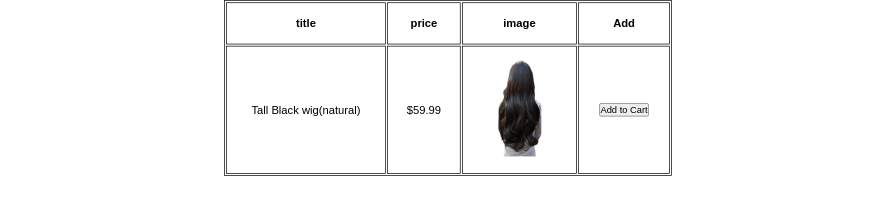
Repository: Zzero202/Zzero202
Page: index.html
The author's editor kept a copy of each file at every save. The page is drawn from the files as they stood at one save, then again after the next save.
The browser window is 1280 px wide. The pictures show the part of the page from y = 2929 to 4849 px (the page is 3230 px tall before and 4890 px after), at 70% of full size.
A picture or video elsewhere on the page could not be fetched, so the positions and the page height are approximate.

Above is the page before, as saved 2021-12-09 01:47:44.

### index.html
<!DOCTYPE html>

<html>

<head>
	<title>Toupee Shop</title>

	<style>
		* {
			margin: 0;
			padding: 0;
		}

		.navbar {
			display: flex;
			align-items: center;
			justify-content: center;
			position: sticky;
			top: 0;
			cursor: pointer;
		}
    footer{
      display: flex;
			align-items: center;
			justify-content: center;
			position: sticky;
			bottom: 0;
			cursor: pointer;
      width: 100%;
    }

		.background {
			background: black;
			background-blend-mode: darken;
			background-size: cover;
		}

		.nav-list {
			width: 70%;
			display: flex;
			align-items: center;
		}

		.logo {
			display: flex;
			justify-content: center;
			align-items: center;
		}

		.logo img {
			width: 180px;
			border-radius: 50px;
		}

		.nav-list li {
			list-style: none;
			padding: 26px 30px;
		}

		.nav-list li a {
			text-decoration: none;
			color: white;
		}

		.nav-list li a:hover {
			color: grey;
		}

		.rightnav {
			width: 30%;
			text-align: right;
		}

		#search {
			padding: 5px;
			font-size: 17px;
			border: 2px solid grey;
			border-radius: 9px;
		}

		.firstsection {
			background-color: green;
			height: 400px;
		}

		.secondsection {
			background-color: blue;
			height: 400px;
		}

		.box-main {
			display: flex;
			justify-content: center;
			align-items: center;
			color: black;
			max-width: 80%;
			margin: auto;
			height: 80%;
		}

		.firsthalf {
			width: 100%;
			display: flex;
			flex-direction: column;
			justify-content: center;
		}

		.secondhalf {
			width: 30%;
		}

		.secondhalf img {
			width: 70%;
			border: 4px solid white;
			border-radius: 150px;
			display: block;
			margin: auto;
		}

		.text-big {
			font-family: 'Piazzolla', serif;
			font-weight: bold;
			font-size: 35px;
		}

		.text-small {
			font-size: 18px;
		}

		.btn {
			padding: 8px 20px;
			margin: 7px 0;
			border: 2px solid white;
			border-radius: 8px;
			background: none;
			color: white;
			cursor: pointer;
		}

		.btn-sm {
			padding: 6px 10px;
			vertical-align: middle;
		}

		.section {
			height: 400px;
			display: flex;
			align-items: center;
			justify-content: center;
			max-width: 90%;
			margin: auto;
		}

		.section-Left {
			flex-direction: row-reverse;
		}

		.paras {
			padding: 0px 65px;
		}

		.thumbnail img {
			width: 250px;
			border: 2px solid black;
			border-radius: 26px;
			margin-top: 19px;
		}

		.center {
			text-align: center;

text-align: center;
		}


		.text-footer {
			text-align: center;
			padding: 30px 0;
			font-family: 'Ubuntu', sans-serif;
			display: flex;
			justify-content: center;
			color: white;
		}
    .card {
  box-shadow: 0 4px 8px 0 rgba(0, 0, 0, 0.2);
  max-width: 350px;
  margin: 15px;

  text-align: center;
  font-family: arial;
  display: inline-block;
}
.card img{
  width: 350px !important;
  height: 400px !important;
}
.price {
  color: grey;
  font-size: 22px;
}

.card button {
  border: none;
  outline: 0;
  padding: 12px;
  color: white;
  background-color: #000;
  text-align: center;
  cursor: pointer;
  width: 100%;
  font-size: 18px;
}

.card button:hover {
  opacity: 0.7;
}


* {
  margin: 0;
  padding: 0;
  box-sizing: border-box;
  font-family: "Nunito", sans-serif;
}

h1 {
  font-size: 16px;
  margin: 5px;
}
.container {
  width: 100%;
  height: 92vh;
  display: flex;
  justify-content: space-evenly;
  align-items: center;
  background-color: #f9fafc;
}

/*
Payment Information card
*/
.details_card {
  width: 700px;
  height: 400px;
  box-shadow: 0 0 5px 0 rgba(0, 0, 0, 0.2);
  border-radius: 8px;
  padding: 10px;
  background-color: #fff;
}

/*
Order Summary Card
*/
.summary_card {
  background-color: #fff;
  width: 350px;
  height: 400px;
  box-shadow: 0 0 5px 0 rgba(0, 0, 0, 0.2);
  border-radius: 8px;
  padding: 10px;
}

/*
Order Card Item Card
*/
.card_item {
  display: flex;
  position: relative;
  margin: 10px 0;
}
.close-btn {
  position: absolute;
  right: 10px;
  top: 5px;
}

.card_item .product_img img {
  height: 80px;
  margin-right: 20px;
  width: 70px;
  border-radius: 5px;
}

.product_info h1 {
  font-size: 20px;
  color: #1e212d;
  margin: 5px 0;
}

.product_info p {
  color: #a1a1a1;
  font-size: 14px;
}
.product_rate_info {
  display: flex;
  margin: 5px 0;
  align-items: center;
  justify-content: space-between;
}

/*
cart item + & -
*/
.pqt {
  font-size: 20px;
  line-height: 30px;
  width: 30px;
  text-align: center;
}

.pqt-plus,
.pqt-minus {
  background: #fcfcfc;
  border: none;
  font-size: 20px;
  height: 100%;
  padding: 0 15px;
}
.pqt-plus:hover,
.pqt-minus:hover {
  background: #53b5aa;
  color: #fff;
  cursor: pointer;
}

.pqt-plus {
  line-height: 30px;
}

.pqt-minus {
  line-height: 30px;
}
/*
Order price & total
*/
.order_price,
.order_service,
.order_total {
  display: flex;

  justify-content: space-between;
  padding: 10px;
}
.order_price p,
.order_service p {
  color: #a1a1a1;
}

.order_total p {
  font-weight: 600;
}

/*
Payment Information all input
*/

.payment_details input {
  outline: 0;
  background: #f2f2f2;
  border-radius: 4px;
  width: 100%;
  border: 0;
  caret-color: #4f5d7e;
  margin: 10px 15px;
  padding: 15px 20px;
  box-sizing: border-box;
  font-size: 14px;
}

.first_lastName,
.shipping_card,
.address {
  display: flex;
  justify-content: space-between;
  margin: 10px 0;
}

.new_card {
  width: 100%;
  height: 100px;
  border: 2px solid #53b5aa;
  padding: 10px;
  margin: 10px;
  border-radius: 10px;
}

.add_savedcard {
  width: 100%;
  height: 100px;
  border: 2px solid #a1a1a1;
  padding: 10px;
  margin: 10px;
  border-radius: 10px;
}
/*
Procced Payment button
*/
.proced_payment a {
  padding: 10px 20px;
  width: 200px;
  border: 2px solid #f5f5f5;
  background-color: #53b5aa;
  color: #000;
  margin-left: 10px;
  cursor: pointer;
  text-decoration: none;
}

footer {
  background-color: #000;
  color: #fff;
  height: 50px;
  text-align: center;
}
footer a {
  text-decoration: none;
  color: #fff;
}
	</style>
</head>

<body>
	<nav class="navbar background">
		<ul class="nav-list">
			<div class="logo">
				<img src= "logo.png">
			</div>
			<li><a href="#shop">Wigs Shop</a></li>

		</ul>

		<div class="rightNav">
			<input type="text" name="search" id="search">
			<button class="btn btn-sm">Search</button>
		</div>
	</nav>


<div class="products center">
  <div class="card">
    <img src="img/1.jpg"   style="width:100%">
    <h1>Tall Black wig(natural)</h1>
    <p class="price">$59.99</p>

    <p><button>Add to Cart</button></p>
  </div>
  <div class="card">
    <img src="img/2.jpg">
    <h1>Red Short wig (natural)</h1>
    <p class="price">$77</p>

    <p><button>Add to Cart</button></p>
  </div>
  <div class="card">
    <img src="img/3.jpg"   style="width:100%">
    <h1>Curly Tall wig</h1>
    <p class="price">$33</p>

    <p><button>Add to Cart</button></p>
  </div>
  <div class="card">
    <img src="img/4.jpg"   style="width:100%">
    <h1>Silk Tall wig</h1>
    <p class="price">$87.99</p>

    <p><button>Add to Cart</button></p>
  </div>
  <div class="card">
    <img src="img/5.jpg"   style="width:100%">
    <h1>Fire Red wig</h1>
    <p class="price">$199.99</p>

    <p><button>Add to Cart</button></p>
  </div>
  <div class="card">
    <img src="img/6.jpg"   style="width:100%">
    <h1>Golden wig(natural)</h1>
    <p class="price">$19.99</p>

    <p><button>Add to Cart</button></p>
  </div>
  <div class="card">
    <img src=" img/7.jpg"   style="width:100%">
    <h1>Curly Short Brown wig</h1>
    <p class="price">$100.99</p>

    <p><button>Add to Cart</button></p>
  </div>
  <div class="card">
    <img src=" img/8.jpg"   style="width:100%">
    <h1>natural  black wig </h1>
    <p class="price">$66.99</p>

    <p><button>Add to Cart</button></p>
  </div>
  <div class="card">
    <img src=" img/9.jpg"   style="width:100%">
    <h1>black wig </h1>
    <p class="price">$55.99</p>

    <p><button>Add to Cart</button></p>
  </div>
  <div class="card">
    <img src=" img/10.jpg"   style="width:100%">
    <h1>golden wig</h1>
    <p class="price">$44.99</p>

    <p><button>Add to Cart</button></p>
  </div>
  <div class="card">
    <img src=" img/11.jpg"   style="width:100%">
    <h1>black natural wig</h1>
    <p class="price">$15.99</p>

    <p><button>Add to Cart</button></p>
  </div>
  <div class="card">
    <img src=" img/12.jpg"   style="width:100%">
    <h1>red wig </h1>
    <p class="price">$33.99</p>

    <p><button>Add to Cart</button></p>

</div>



<div class="container">
  <div class="payment_details">
    <h1>Payment Information</h1>
    <div class="details_card">
      <div class="name_address">
        <div class="first_lastName">
          <input type="text" placeholder="First Name" />
          <input type="text" placeholder="Last Name" />
        </div>
        <div class="address">
          <input type="text" onkeyup="change()" id="put" placeholder="Address" />
          <input type="number" placeholder="Pincode" />
          <input type="text" placeholder="Country" />
        </div>
      </div>
      <h1>Shipping Details</h1>
      <div class="shipping_card">
        <div class="new_card">
          <h4>Same as personal</h4>
          <p id="output">Bharat House Bombay Samachar Road</p>
          <p>400001</p>
        </div>
        <div class="add_savedcard">
          <h4>Saved Address</h4>
          <p>Lokhandwala Complex, Andheri (west)</p>
          <p>400053</p>
        </div>
      </div>
      <div class="proced_payment">
        <a href="">Procced to payment</a>
      </div>
    </div>
  </div>
  <div class="order_summary">
    <h1>Order Summary</h1>
    <div class="summary_card">
      <div class="card_item">
        <div class="product_img">
          <img src=https://images.unsplash.com/photo-1525966222134-fcfa99b8ae77?ixid=MXwxMjA3fDB8MHxwaG90by1wYWdlfHx8fGVufDB8fHw%3D&ixlib=rb-1.2.1&auto=format&fit=crop&w=643&q=80" alt="" />
        </div>
        <div class="product_info">
          <h1>Nike Shoes</h1>
          <p>Lorem Ipsum is simply dummy text.</p>
          <div class="close-btn">
            <i class="fa fa-close"></i>
          </div>
          <div class="product_rate_info">
            <h1>$ 200</h1>
            <span class="pqt-minus">-</span>
            <span class="pqt">1</span>
            <span class="pqt-plus">+</span>
          </div>
        </div>
      </div>
      <div class="card_item">
        <div class="product_img">
          <img src="https://images.unsplash.com/photo-1543512214-318c7553f230?ixid=MXwxMjA3fDB8MHxwaG90by1wYWdlfHx8fGVufDB8fHw%3D&ixlib=rb-1.2.1&auto=format&fit=crop&w=634&q=80" alt="" />
        </div>
        <div class="product_info">
          <h1>Amazon Prime</h1>
          <p>Lorem Ipsum is simply dummy text.</p>
          <div class="close-btn">
            <i class="fa fa-close"></i>
          </div>
          <div class="product_rate_info">
            <h1>$ 160</h1>
            <span class="pqt-minus">-</span>
            <span class="pqt">1</span>
            <span class="pqt-plus">+</span>
          </div>
        </div>
      </div>
      <hr />
      <div class="order_price">
        <p>Order summary</p>
        <h4>$400</h4>
      </div>
      <div class="order_service">
        <p>Additional Service</p>
        <h4>$10</h4>
      </div>
      <div class="order_total">
        <p>Total Amount</p>
        <h4>$370</h4>
      </div>
    </div>
  </div>
</div>
<section class="table-pic">
  <table>
    <thead>
      <tr>
        <th>title</th>
        <th>price</th>
        <th>image</th>
        <th>Add</th>
      </tr>
    </thead>
    <tbody>
      <tr>
        <td>Tall Black wig(natural)</td>
        <td>$59.99</td>
        <td><img src="img/1.jpg" width="100" alt=""></td>
        <td><button>Add to Cart</button></td>
      </tr>
    </tbody>
  </table>
</section>
<footer>
  <a >	Copyright ©-All rights are reserved</a>
</footer>

</body>

</html>
<style>
  table{
    border:1px solid black;
    width:50%;
    margin: auto;
  }
  table tr td,th{
    border: 1px solid black;
    padding:20px;
  }
</style>

After the next save:
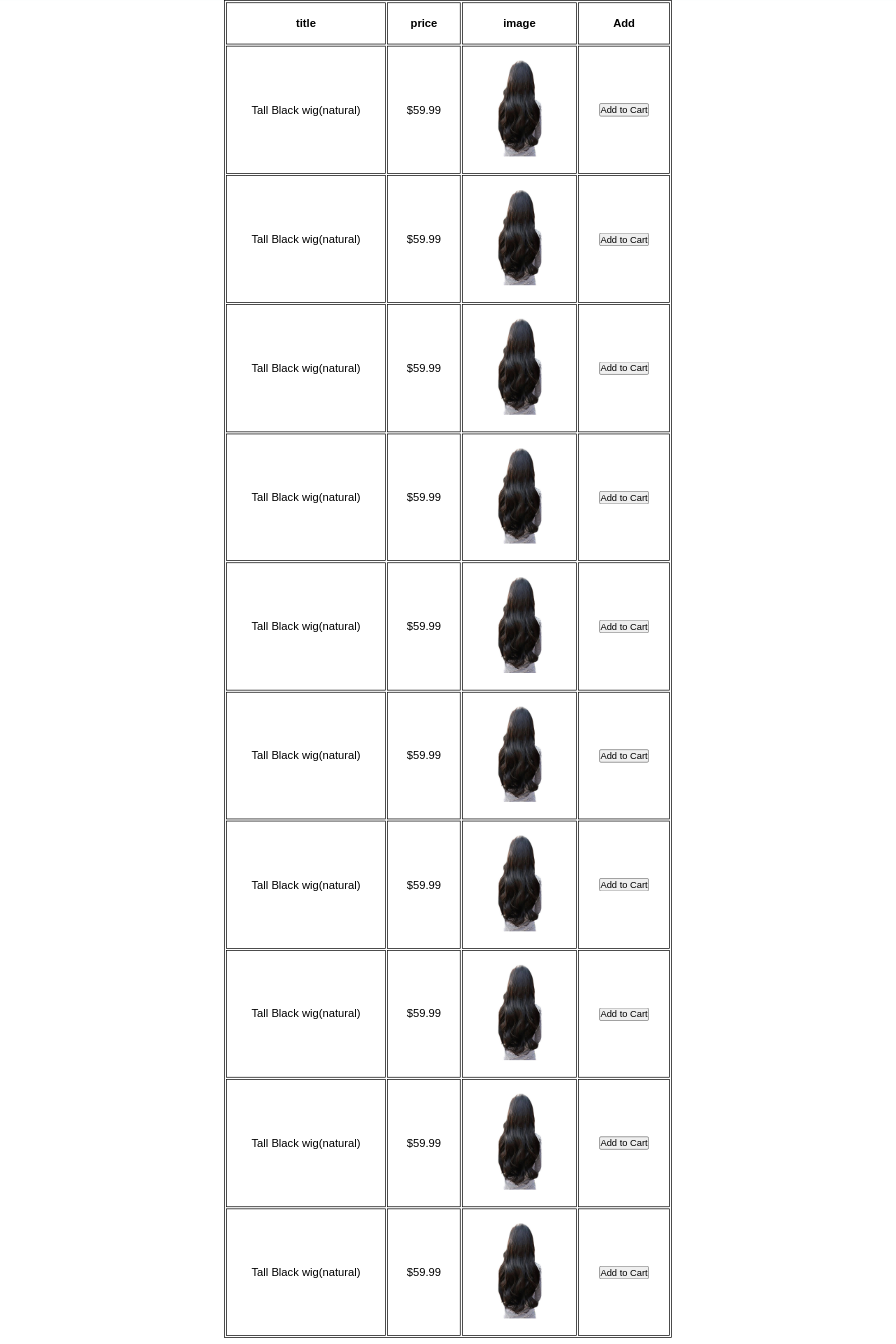
Saved 25 s later.
--- a/index.html
+++ b/index.html
@@ -630,6 +630,60 @@ footer a {
         <td><img src="img/1.jpg" width="100" alt=""></td>
         <td><button>Add to Cart</button></td>
       </tr>
+      <tr>
+        <td>Tall Black wig(natural)</td>
+        <td>$59.99</td>
+        <td><img src="img/1.jpg" width="100" alt=""></td>
+        <td><button>Add to Cart</button></td>
+      </tr>
+      <tr>
+        <td>Tall Black wig(natural)</td>
+        <td>$59.99</td>
+        <td><img src="img/1.jpg" width="100" alt=""></td>
+        <td><button>Add to Cart</button></td>
+      </tr>
+      <tr>
+        <td>Tall Black wig(natural)</td>
+        <td>$59.99</td>
+        <td><img src="img/1.jpg" width="100" alt=""></td>
+        <td><button>Add to Cart</button></td>
+      </tr>
+      <tr>
+        <td>Tall Black wig(natural)</td>
+        <td>$59.99</td>
+        <td><img src="img/1.jpg" width="100" alt=""></td>
+        <td><button>Add to Cart</button></td>
+      </tr>
+      <tr>
+        <td>Tall Black wig(natural)</td>
+        <td>$59.99</td>
+        <td><img src="img/1.jpg" width="100" alt=""></td>
+        <td><button>Add to Cart</button></td>
+      </tr>
+      <tr>
+        <td>Tall Black wig(natural)</td>
+        <td>$59.99</td>
+        <td><img src="img/1.jpg" width="100" alt=""></td>
+        <td><button>Add to Cart</button></td>
+      </tr>
+      <tr>
+        <td>Tall Black wig(natural)</td>
+        <td>$59.99</td>
+        <td><img src="img/1.jpg" width="100" alt=""></td>
+        <td><button>Add to Cart</button></td>
+      </tr>
+      <tr>
+        <td>Tall Black wig(natural)</td>
+        <td>$59.99</td>
+        <td><img src="img/1.jpg" width="100" alt=""></td>
+        <td><button>Add to Cart</button></td>
+      </tr>
+      <tr>
+        <td>Tall Black wig(natural)</td>
+        <td>$59.99</td>
+        <td><img src="img/1.jpg" width="100" alt=""></td>
+        <td><button>Add to Cart</button></td>
+      </tr>
     </tbody>
   </table>
 </section>
